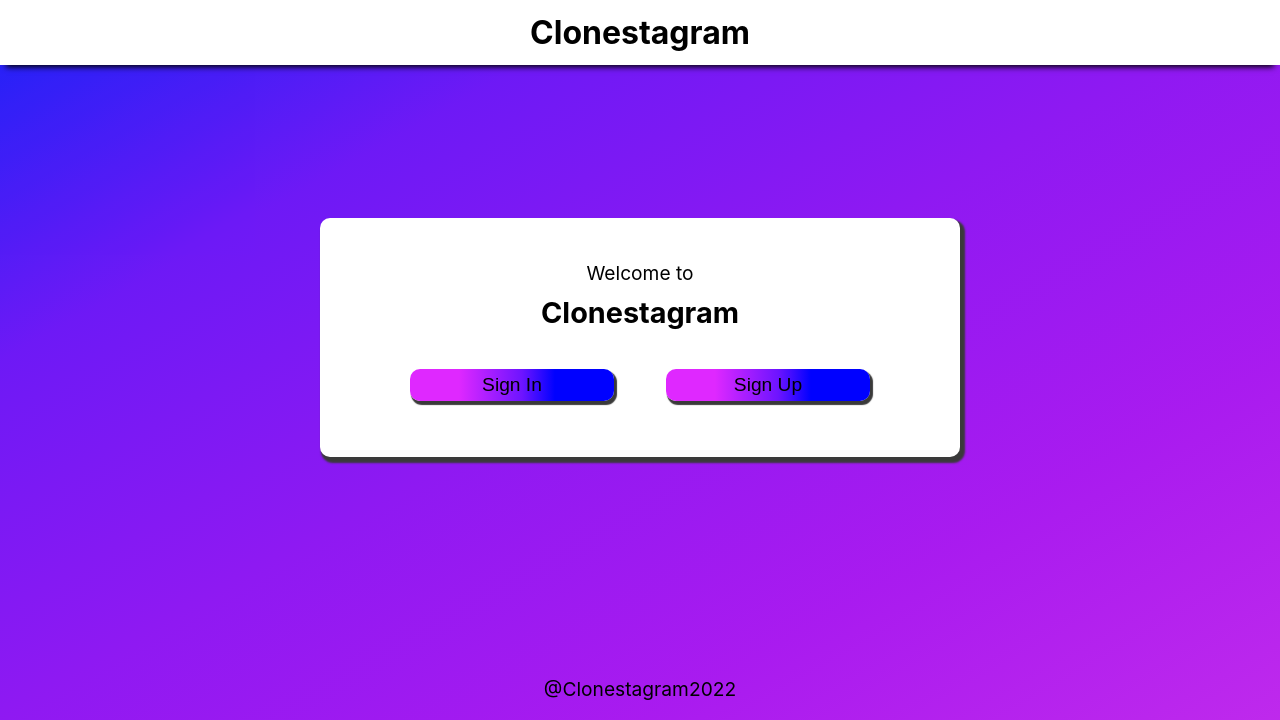
Repository: MikeMoore55/clonestagram
Page: /
The author's editor kept a copy of each file at every save. The page is drawn from the files as they stood at one save, then again after the next save.
The browser window is 1280 px wide. The pictures show the whole page.
The project was rebuilt for these pictures with package versions that can differ from the ones it lists, and the page was loaded fresh each time. The framework's server and built-in components were replaced by stand-ins that run in the browser. Also part of the build but not shown: next.config.js.

Above is the page before, as saved 2022-11-18 09:00:40.

After the next save:
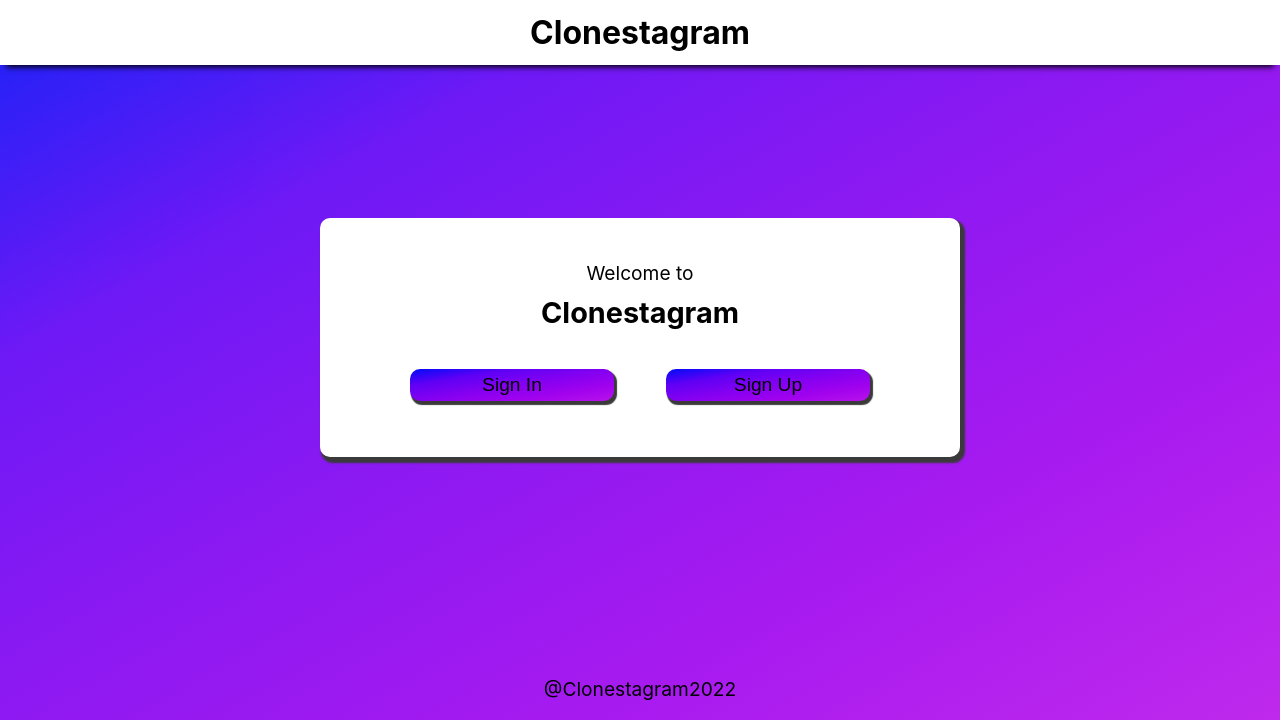
Saved 40 s later.
--- a/styles/Home.module.css
+++ b/styles/Home.module.css
@@ -33,8 +33,7 @@
     position: relative;
     width: 50%;
     margin: 4% 25% 2% 25%;
-    background: rgb(223, 40, 255);
-    background: linear-gradient(90deg, rgba(223, 40, 255, 1) 24%, rgba(109, 20, 255, 1) 55%, rgba(0, 1, 255, 1) 71%);
+    background-image: linear-gradient(to right bottom, #000bf8, #5e00f5, #8300f1, #a002ee, #b812eb);
     border: none;
     border-radius: 10px;
     padding: 2%;
